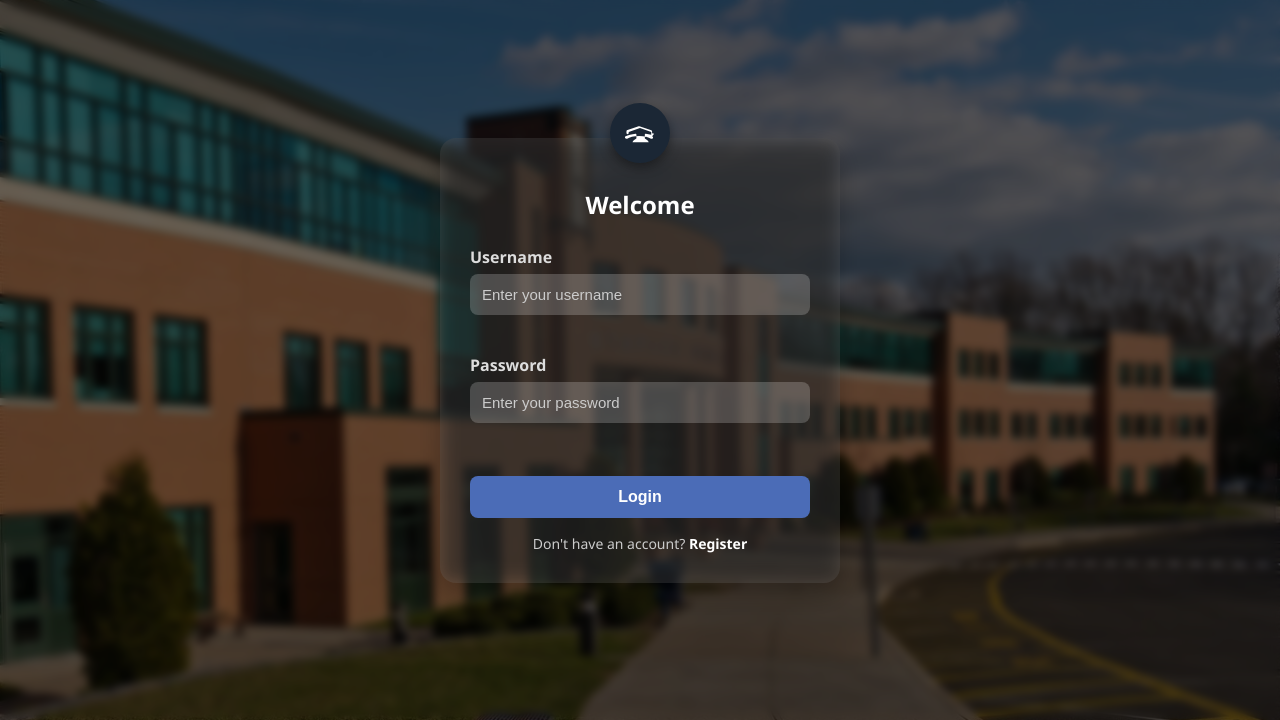
Repository: SG-Coder67/LMS
Page: login.html
The author's editor kept a copy of each file at every save. The page is drawn from the files as they stood at one save, then again after the next save.
The browser window is 1280 px wide. The pictures show the whole page.

Above is the page before, as saved 2025-04-11 07:48:05.

### login.html
<!DOCTYPE html>
<html lang="en">

<head>
    <meta charset="UTF-8" />
    <meta name="viewport" content="width=device-width, initial-scale=1.0" />
    <title>LMS Login</title>
    <style>
        * {
            box-sizing: border-box;
            margin: 0;
            padding: 0;
        }

        body {
            font-family: "Segoe UI", Tahoma, Geneva, Verdana, sans-serif;
            height: 100vh;
            display: flex;
            justify-content: center;
            align-items: center;
            overflow: hidden;
            background: #0f2027;
            background-image: url('11.jpg');
            background-size: cover;
            background-position: center;
            background-repeat: no-repeat;
            backdrop-filter: blur(4px);
        }

        .overlay {
            position: absolute;
            width: 100%;
            height: 100%;
            background: rgba(0, 0, 0, 0.6);
            z-index: 0;
        }

        .login-container {
            background: rgba(255, 255, 255, 0.1);
            backdrop-filter: blur(10px);
            padding: 30px;
            border-radius: 16px;
            box-shadow: 0 12px 25px rgba(0, 0, 0, 0.25);
            width: 100%;
            max-width: 400px;
            animation: fadeIn 0.6s ease-in-out;
            z-index: 2;
            color: #fff;
            position: relative;
        }

        .graduation-icon {
            position: absolute;
            top: -35px;
            left: 50%;
            transform: translateX(-50%);
            width: 60px;
            height: 60px;
            background-color: #1b2735;
            border-radius: 50%;
            display: flex;
            justify-content: center;
            align-items: center;
            box-shadow: 0 4px 12px rgba(0, 0, 0, 0.4);
        }

        .graduation-icon svg {
            width: 30px;
            height: 30px;
            fill: #fff;
        }

        @keyframes fadeIn {
            from {
                opacity: 0;
                transform: translateY(-20px);
            }

            to {
                opacity: 1;
                transform: translateY(0);
            }
        }

        .login-container h2 {
            text-align: center;
            margin-bottom: 25px;
            color: #fff;
            margin-top: 20px;
        }

        .input-group {
            margin-bottom: 20px;
        }

        label {
            display: block;
            margin-bottom: 6px;
            font-weight: bold;
            color: #ddd;
        }

        input {
            width: 100%;
            padding: 12px;
            border: none;
            border-radius: 8px;
            font-size: 15px;
            background: rgba(255, 255, 255, 0.2);
            color: #fff;
        }

        input::placeholder {
            color: #ccc;
        }

        input:focus {
            border: 2px solid #4b6cb7;
            outline: none;
            background: rgba(255, 255, 255, 0.3);
        }

        .error {
            color: #ff6b6b;
            font-size: 13px;
            margin-top: 5px;
            height: 14px;
        }

        button {
            background: #4b6cb7;
            color: #fff;
            padding: 12px;
            width: 100%;
            border: none;
            border-radius: 8px;
            font-size: 16px;
            font-weight: bold;
            cursor: pointer;
            transition: background 0.3s ease;
        }

        button:hover {
            background: #3a589d;
        }

        .bottom-text {
            text-align: center;
            margin-top: 16px;
            font-size: 14px;
            color: #ccc;
        }

        .bottom-text a {
            color: #fff;
            font-weight: bold;
            text-decoration: none;
        }

        .bottom-text a:hover {
            text-decoration: underline;
        }

        @media (max-width: 500px) {
            .login-container {
                margin: 20px;
                padding: 25px;
            }
        }
    </style>
</head>

<body>
    <div class="overlay"></div>
    <div class="login-container">
        <div class="graduation-icon">
            <svg xmlns="http://www.w3.org/2000/svg" viewBox="0 0 640 512">
                <path
                    d="M622.3 271.1c-17.8-4.5-30.6-7.8-44.3-11.3v-37.5c0-10.5-6.7-19.9-16.7-23.2l-254-88c-5.1-1.8-10.6-1.8-15.7 0l-254 88C37.7 202.4 31 211.8 31 222.3V256c0 13.3 10.7 24 24 24s24-10.7 24-24v-22.3L320 150l240 83v61.5c-36.4-8.9-77.3-16.3-120.6-21.3-8.8-1.1-16.7 5.5-16.7 14.4v76.4c0 5.9 3.2 11.3 8.3 14.1 31.1 16.5 68.5 46.7 75.2 74.5H160c6.8-27.9 44.1-58 75.2-74.5 5.1-2.7 8.3-8.1 8.3-14.1v-76.4c0-8.9-7.9-15.5-16.7-14.4-86.6 10.8-162.2 32.6-213.8 50.5C3.6 329.8-5.8 347.2 2.2 362.3S31.5 384 46.2 376.1c47.4-24.6 142.3-54.6 254.4-54.6s207 30 254.4 54.6c14.7 7.9 33.2-.2 41.2-15.3s-1.5-32.5-17.9-35.7z" />
            </svg>
        </div>
        <h2>Welcome</h2>
        <form id="loginForm">
            <div class="input-group">
                <label for="username">Username</label>
                <input type="text" id="username" placeholder="Enter your username" required />
                <div class="error" id="usernameError"></div>
            </div>
            <div class="input-group">
                <label for="password">Password</label>
                <input type="password" id="password" placeholder="Enter your password" required autocomplete="off" />
                <div class="error" id="passwordError"></div>
            </div>
            <div class="error" id="loginError"></div>
            <button type="submit">Login</button>
        </form>
        <div class="bottom-text">
            Don't have an account? <a href="register.html">Register</a>
        </div>
    </div>

    <script>
        document.getElementById("loginForm").addEventListener("submit", function (event) {
            event.preventDefault();

            let username = document.getElementById("username").value.trim();
            let password = document.getElementById("password").value.trim();

            let usernameError = document.getElementById("usernameError");
            let passwordError = document.getElementById("passwordError");
            let loginError = document.getElementById("loginError");

            usernameError.textContent = "";
            passwordError.textContent = "";
            loginError.textContent = "";

            if (username.length > 16) {
                usernameError.textContent = "Username must be less than 16 characters";
                return;
            }
            if (password.length < 8 || password.length > 16) {
                passwordError.textContent = "Password must be between 8 and 16 characters";
                return;
            }

            let xhr = new XMLHttpRequest();
            xhr.open("POST", "/api/auth/login", true);
            xhr.setRequestHeader("Content-Type", "application/json");
            xhr.withCredentials = true;

            xhr.onreadystatechange = function () {
                if (xhr.readyState === 4) {
                    let responseText = xhr.responseText;
                    let data = {};
                    try {
                        data = responseText ? JSON.parse(responseText) : {};
                    } catch (e) {
                        console.error("Failed to parse response:", responseText);
                        loginError.textContent = "An unexpected error occurred. Please try again.";
                        return;
                    }

                    if (xhr.status === 200 && data.msg === "Login successful") {
                        if (data.role === "student") {
                            window.location.href = "/student_dashboard.html";
                        } else if (data.role === "teacher") {
                            window.location.href = "/teacher_dashboard.html";
                        } else {
                            loginError.textContent = "Login successful, but role unknown. Cannot redirect.";
                        }
                    } else {
                        loginError.textContent = data.msg || "Login failed. Please check username and password.";
                        console.error("Login failed:", data.msg || xhr.status);
                    }
                }
            };

            xhr.onerror = function () {
                loginError.textContent = "Network error occurred. Please check your connection.";
            };
            xhr.send(JSON.stringify({ username, password }));
        });
    </script>
</body>

</html>

After the next save:
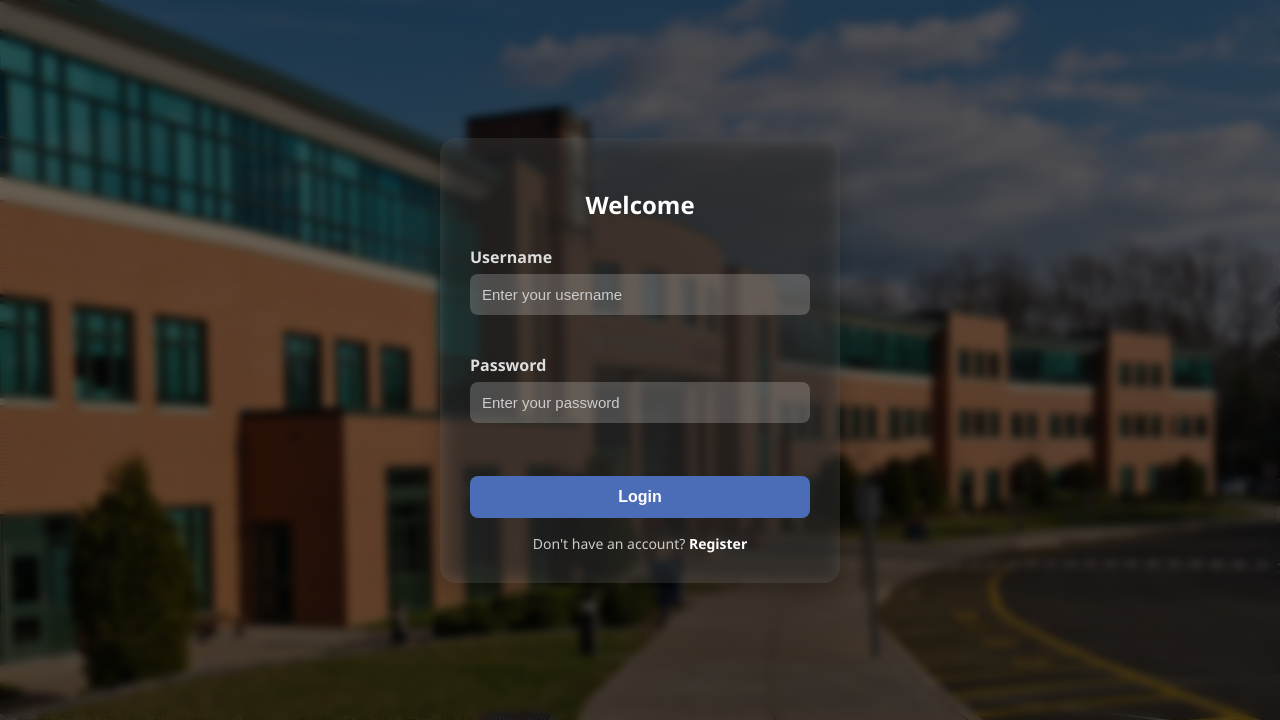
Saved 15 s later.
--- a/login.html
+++ b/login.html
@@ -173,12 +173,6 @@
 <body>
     <div class="overlay"></div>
     <div class="login-container">
-        <div class="graduation-icon">
-            <svg xmlns="http://www.w3.org/2000/svg" viewBox="0 0 640 512">
-                <path
-                    d="M622.3 271.1c-17.8-4.5-30.6-7.8-44.3-11.3v-37.5c0-10.5-6.7-19.9-16.7-23.2l-254-88c-5.1-1.8-10.6-1.8-15.7 0l-254 88C37.7 202.4 31 211.8 31 222.3V256c0 13.3 10.7 24 24 24s24-10.7 24-24v-22.3L320 150l240 83v61.5c-36.4-8.9-77.3-16.3-120.6-21.3-8.8-1.1-16.7 5.5-16.7 14.4v76.4c0 5.9 3.2 11.3 8.3 14.1 31.1 16.5 68.5 46.7 75.2 74.5H160c6.8-27.9 44.1-58 75.2-74.5 5.1-2.7 8.3-8.1 8.3-14.1v-76.4c0-8.9-7.9-15.5-16.7-14.4-86.6 10.8-162.2 32.6-213.8 50.5C3.6 329.8-5.8 347.2 2.2 362.3S31.5 384 46.2 376.1c47.4-24.6 142.3-54.6 254.4-54.6s207 30 254.4 54.6c14.7 7.9 33.2-.2 41.2-15.3s-1.5-32.5-17.9-35.7z" />
-            </svg>
-        </div>
         <h2>Welcome</h2>
         <form id="loginForm">
             <div class="input-group">
